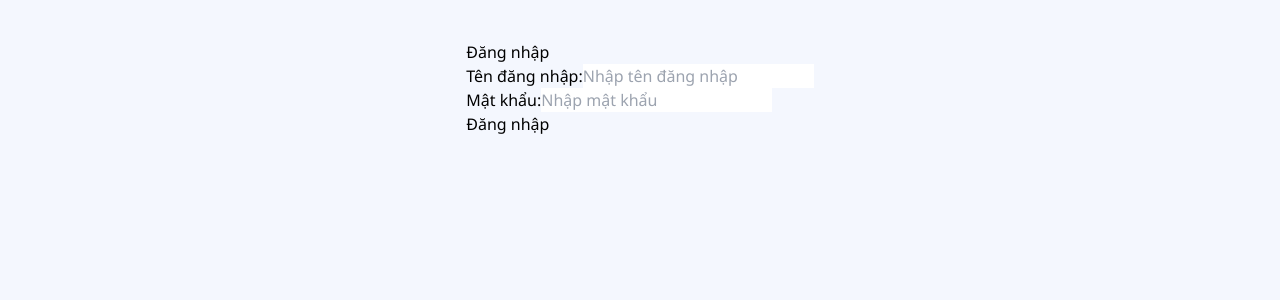
Repository: phuc258/BTVN03-REACT03
Page: /login
An editor plug-in stored every save of this project. The page is shown before and after a run of saves, followed by the edit.
The browser window is 1280 px wide. The pictures show the whole page.
The project was rebuilt for these pictures with package versions that can differ from the ones it lists, and the page was loaded fresh each time. Also part of the build but not shown: vite.config.ts, src/pages/NotFoundPage.tsx, src/pages/TodoPage.tsx, src/routes/PrivateRoute.tsx.

Above is the page before, as saved 2026-01-18 23:41:45.

### index.html
<!doctype html>
<html lang="en">
  <head>
    <meta charset="UTF-8" />
    <link rel="icon" type="image/svg+xml" href="/vite.svg" />
    <meta name="viewport" content="width=device-width, initial-scale=1.0" />
    <title>btvn03-react-typescript</title>
  </head>
  <body>
    <div id="root"></div>
    <script type="module" src="/src/main.tsx"></script>
  </body>
</html>

### src/App.css
@tailwind base;
@tailwind components;
@tailwind utilities;

* {
    margin: 0;
    padding: 0;
    box-sizing: border-box;
}

body {
    font-family: 'Segoe UI', Helvetica, Arial, sans-serif;
    background-color: #f4f7fe;
    display: flex;
    justify-content: center;
    align-items: flex-start;
    min-height: 100vh;
    padding: 40px 20px;
}

.card {
    background: white;
    width: 100%;
    max-width: 400px;
    padding: 2rem;
    border-radius: 12px;
    box-shadow: 0 10px 25px rgba(0, 0, 0, 0.1);
}

.title {
    text-align: center;
    color: #2A8C43;
    margin-bottom: 1.5rem;
    font-size: 24px;
}

.search-container {
    display: flex;
    gap: 8px;
    margin-bottom: 20px;
}

.input-wrapper {
    position: relative;
    flex: 1;
}

.clear-btn {
    position: absolute;
    right: 10px;
    top: 50%;
    transform: translateY(-50%);
    background: none;
    border: none;
    color: #999;
    font-size: 18px;
    cursor: pointer;
    padding: 5px;
    line-height: 1;
}

.clear-btn:hover {
    color: #666;
}

.input-search {
    width: 100%;
    padding: 12px 35px 12px 12px;
    border-radius: 8px;
    border: 1px solid #ddd;
    outline: none;
}

.search-container {
    display: flex;
    gap: 8px;
    margin-bottom: 20px;
}

.search-btn {
    padding: 0 16px;
    background-color: #2A8C43;
    color: white;
    border: none;
    border-radius: 8px;
    font-weight: bold;
    cursor: pointer;
}

.todo-list {
    list-style: none;
}

.todo-item {
    display: flex;
    align-items: center;
    gap: 12px;
    padding: 12px 0;
    border-bottom: 1px solid #eee;
}

.todo-item input[type="checkbox"] {
    width: 18px;
    height: 18px;
    cursor: pointer;
    accent-color: #2A8C43;
}

.todo-item span {
    font-size: 16px;
    color: #333;
    cursor: pointer;
}

.todo-item span.done {
    text-decoration: line-through;
    color: #a0aec0;
}

### src/App.tsx
import "./App.css";
import { TodoProvider } from "./context/TodoContext";
import MainRoute from "./routes/MainRoute";

function App() {
  return (
    <TodoProvider>
      <MainRoute />
    </TodoProvider>
  );
}

export default App;

### src/context/TodoContext.tsx
import { createContext, useContext, useState, type ReactNode } from "react";
import type { TodoContextType } from "../interfaces/ITodoContextType";
import type { Todo } from "../interfaces/ITodo";

export const TodoContext = createContext<TodoContextType | undefined>(undefined);

// TodoProvider
export function TodoProvider({ children }: { children: ReactNode }) {
    const initialData: Todo[] = [
        { "name": "Xem phim", "status": false, "id": "1" },
        { "name": "Ngủ sớm", "status": false, "id": "2" },
        { "name": "Học tiếng Anh", "status": false, "id": "3" },
        { "name": "Check mail công việc", "status": false, "id": "4" }
    ];

    const [todos, setTodos] = useState<Todo[]>(initialData);
    const [searchItem, setSearchItem] = useState("");

    const handleToggle = (id: string) => {
        setTodos(prev => prev.map(
            t => t.id === id ? { ...t, status: !t.status } : t
        ))
    }

    return (
        <TodoContext.Provider value={{ todos, searchItem, setSearchItem, handleToggle }}>
            {children}
        </TodoContext.Provider>
    )
}

export const useTodo = () => {
    const context = useContext(TodoContext);
    if (!context)
        throw new Error("useTodo phải nằm trong TodoProvider");
    return context;
}

### src/routes/MainRoute.tsx
import { BrowserRouter, Routes, Route, Navigate } from "react-router-dom";
import React from "react";

import NotFoundPage from "../pages/NotFoundPage";
import TodoPage from "../pages/TodoPage";
import LoginPage from "../pages/LoginPage";
import PrivateRoute from "./PrivateRoute";

const MainRoute: React.FC = () => {
    return (
        <BrowserRouter>
            <Routes>
                <Route element={<PrivateRoute />}>
                    <Route path="/todo" element={<TodoPage />} />
                </Route>
                <Route path="/login" element={<LoginPage />} />
                <Route path="/" element={<Navigate to="/login" replace />} />
                <Route path="*" element={<NotFoundPage />} />
            </Routes>
        </BrowserRouter>
    );
};

export default MainRoute;

### src/pages/LoginPage.tsx
import React, { useState } from "react";
import { useNavigate } from "react-router-dom";

const LoginPage: React.FC = () => {
    const [username, setUsername] = useState("");
    const [password, setPassword] = useState("");
    const [error, setError] = useState("");
    const navigate = useNavigate();

    const handleSubmit = (e: React.FormEvent) => {
        e.preventDefault();

        if (username === "admin" && password === "1") {
            localStorage.setItem("isLoggedIn", "true");
            navigate("/todo");
        } else {
            setError("Tên đăng nhập hoặc mật khẩu không đúng!");
        }
    };

    return (
        <div className="bg-red">
            <h1>Đăng nhập</h1>
            <form onSubmit={handleSubmit}>
                <div>
                    <label>Tên đăng nhập:</label>
                    <input
                        type="text"
                        placeholder="Nhập tên đăng nhập"
                        value={username}
                        onChange={(e) => setUsername(e.target.value)}
                    />
                </div>
                <div>
                    <label>Mật khẩu:</label>
                    <input
                        type="password"
                        placeholder="Nhập mật khẩu"
                        value={password}
                        onChange={(e) => setPassword(e.target.value)}
                    />
                </div>
                {error && <p style={{ color: "red" }}>{error}</p>}
                <button type="submit">Đăng nhập</button>
            </form>
        </div>
    );
};

export default LoginPage;

Loaded but not shown: src/main.tsx (common file); tailwind.config.js (common file)

After the next 3 saves:
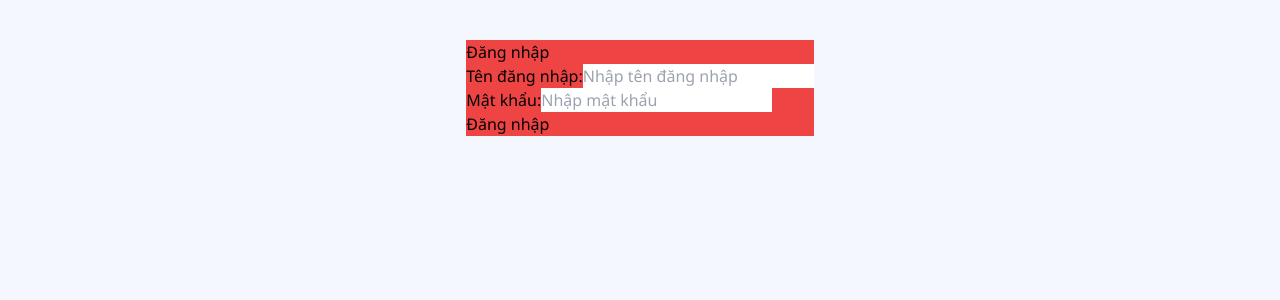
The 3 saves are shown as one change because they came seconds apart.
The last was saved 17 s later.
--- a/src/pages/LoginPage.tsx
+++ b/src/pages/LoginPage.tsx
@@ -19,7 +19,7 @@
     };
 
     return (
-        <div className="bg-red">
+        <div className="bg-red-500">
             <h1>Đăng nhập</h1>
             <form onSubmit={handleSubmit}>
                 <div>

After the save that followed:
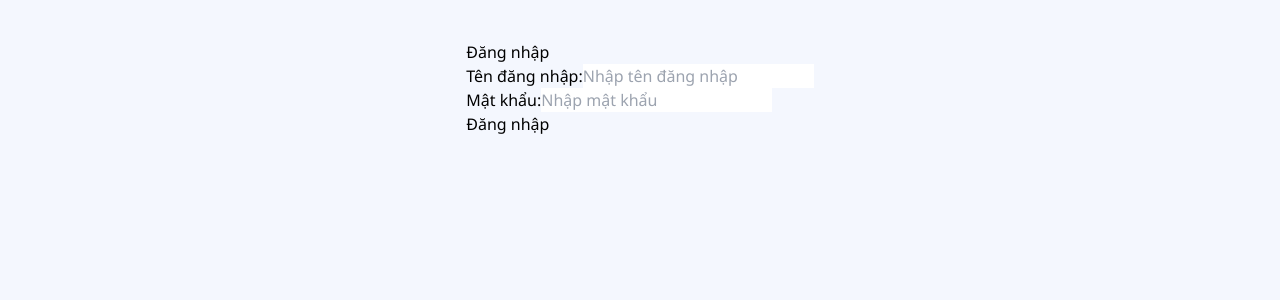
Saved 12 s later.
--- a/src/pages/LoginPage.tsx
+++ b/src/pages/LoginPage.tsx
@@ -19,7 +19,7 @@
     };
 
     return (
-        <div className="bg-red-500">
+        <div className="">
             <h1>Đăng nhập</h1>
             <form onSubmit={handleSubmit}>
                 <div>
